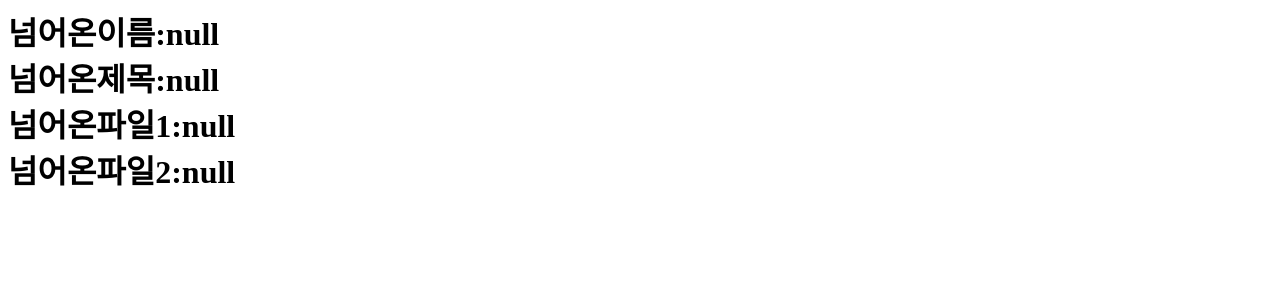
Repository: sorakazae/ITBANK_JSP_101
Page: http://localhost/Web0517/DDD.jsp
An editor plug-in stored every save of this project. The page is shown before and after the next save, followed by the edit.
The browser window is 1280 px wide. The pictures show the whole page.
The page is served by Tomcat 9.

Above is the page before, as saved 2014-05-31 04:31:52.

### day8/my/Web0517/WebContent/DDD.jsp
<%@ page language="java" contentType="text/html; charset=EUC-KR"
    pageEncoding="EUC-KR"%>

<%@ page import="java.sql.*" %>
<%@ page import="java.util.*" %>
<%@ page import="java.io.*" %>
<%@ page import="com.oreilly.servlet.MultipartRequest" %>
<%@ page import="com.oreilly.servlet.multipart.DefaultFileRenamePolicy" %>

<html>
<head>
<title> [DDD.jsp]</title>
</head>
<body>
<%
	String data1=request.getParameter("name");
	String data2=request.getParameter("title");
	// String data3=request.getParameter("num");
	String data4=request.getParameter("file1");
	String data5=request.getParameter("file2");
%>
<h1>
	넘어온이름:<%= data1 %> <br>
	넘어온제목:<%= data2 %> <br>
	넘어온파일1:<%= data4 %> <br>
	넘어온파일2:<%= data5 %> <br>
</h1>
</body>
</html>

After the next save:
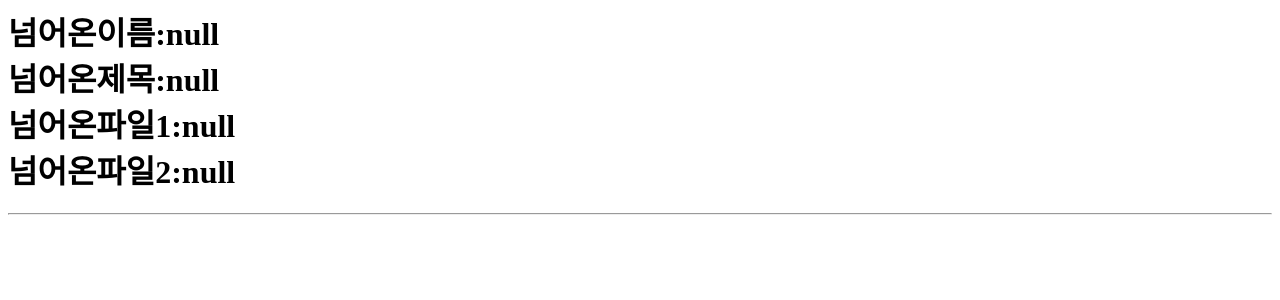
Saved 3 min 45 s later.
--- a/day8/my/Web0517/WebContent/DDD.jsp
+++ b/day8/my/Web0517/WebContent/DDD.jsp
@@ -25,5 +25,9 @@
 	넘어온파일1:<%= data4 %> <br>
 	넘어온파일2:<%= data5 %> <br>
 </h1>
+<hr><p>
+<%
+ ServletContext context = this.getServletContext();
+%>
 </body>
 </html>
